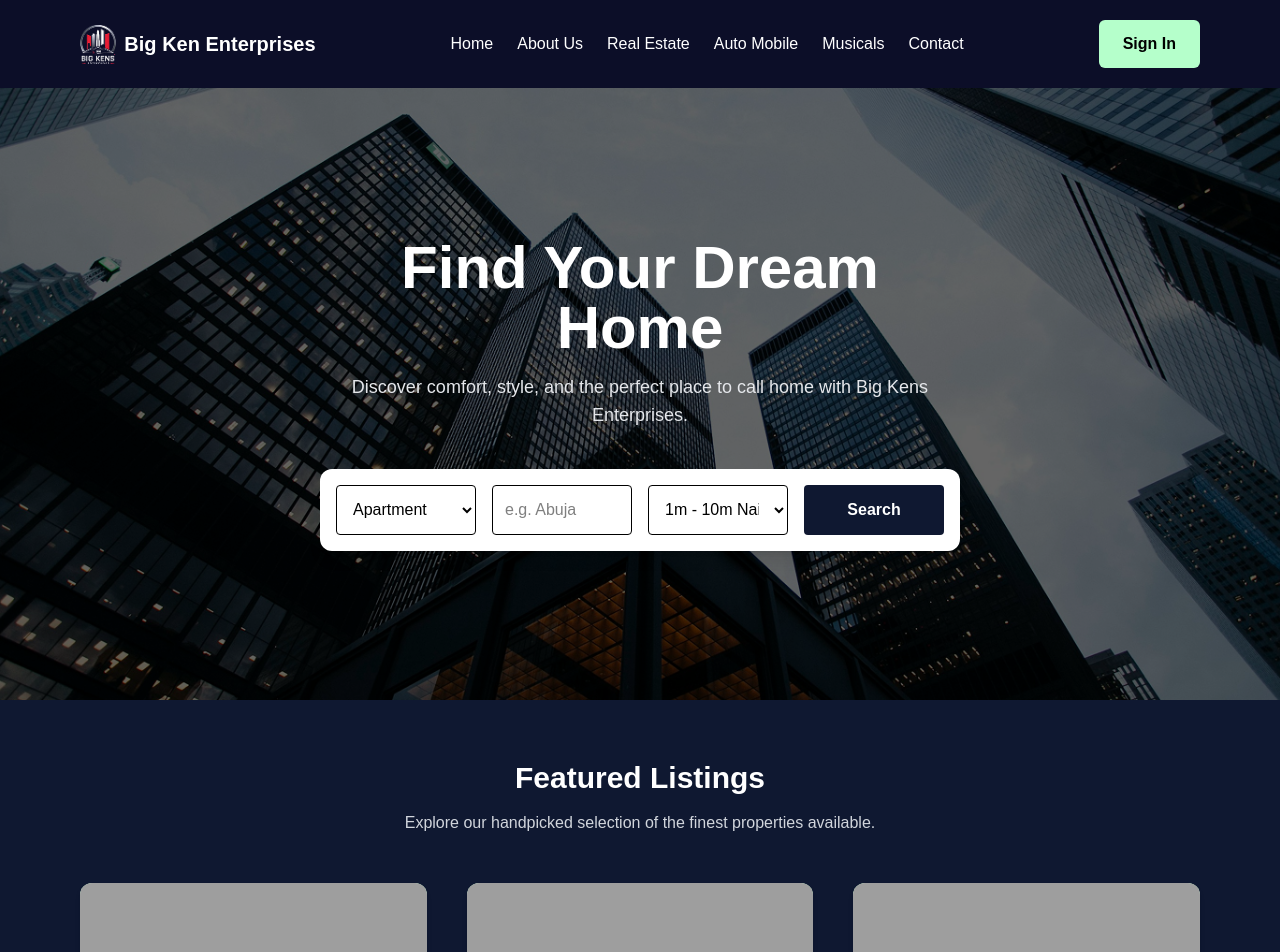
Repository: techvaro/Big-kens-realty-Frontend-react-
Page: /real-estate (app in big-kens-realty/)
These files come from the project's save history. The page is drawn as it stood at one moment and after the next save; the edit follows.
The browser window is 1280 px wide. The pictures show the part of the page from y = 0 to 952 px (the page is 2309 px tall before and 720 px after).
Pictures or frames that could not be fetched are drawn as grey boxes. The project was rebuilt for these pictures with package versions that can differ from the ones it lists, and the page was loaded fresh each time. Also part of the build but not shown: big-kens-realty/vite.config.js, big-kens-realty/src/components/Home/hero.jsx, big-kens-realty/src/components/Home/Services.jsx, big-kens-realty/src/components/Home/Stats.jsx, big-kens-realty/src/components/Home/About.jsx, big-kens-realty/src/components/Home/FeaturedProperties.jsx, big-kens-realty/src/components/Home/AutoMobileSale.jsx, big-kens-realty/src/components/Home/RecentProductions.jsx and 7 more.

Above is the page before, as saved 2025-12-08 16:53:01.

### big-kens-realty/index.html
<!doctype html>
<html lang="en">
  <head>
    <meta charset="UTF-8" />
    <link rel="icon" type="image/svg+xml" href="/vite.svg" />
    <meta name="viewport" content="width=device-width, initial-scale=1.0" />
    <title>big-kens-realty</title>
  </head>
  <body>
    <div id="root"></div>
    <script type="module" src="/src/main.jsx"></script>
  </body>
</html>

### big-kens-realty/src/index.css
@import "tailwindcss";

body {
  margin: 0;
  font-family: Arial, sans-serif;
  background-color: #0c0e28;
  color: white;
}

section {
  padding: 60px 80px;
}

h1, h2, h3 {
  margin: 0 0 15px 0;
}

.btn {
  background: #b5ffcb;
  color: #000;
  padding: 12px 25px;
  border-radius: 5px;
  border: none;
  font-weight: bold;
  cursor: pointer;
}

.btn1{
  background: #b5ffcb;
  color: #000;
  height: 30px;
  width: 80px;
  border: none;
  font-weight: bold;
  cursor: pointer;
  border-radius: 5px;
}

.card {
  background: #1b1e49;
  padding: 15px;
  border-radius: 8px;
}

nav img {
  width: auto !important;
}

### big-kens-realty/src/router/AppRouter.jsx
import { BrowserRouter, Routes, Route } from "react-router-dom";
import Home from "../Pages/Home";
import About from "../Pages/About";
import RealEstate from "../Pages/realestate";

// Placeholder components for routes that don't exist yet
// const About = () => <div>About Page</div>;
const AutoMobile = () => <div>Auto Mobile Page</div>;
const Music = () => <div>Music Page</div>;
const Contact = () => <div>Contact Page</div>;

export default function AppRouter() {
  return (
    <BrowserRouter>
      <Routes>
        <Route path="/" element={<Home />} />
        <Route path="/about" element={<About />} />
        <Route path="/real-estate" element={<RealEstate />} />
        <Route path="/auto-mobile" element={<AutoMobile />} />
        <Route path="/music" element={<Music />} />
        <Route path="/contact" element={<Contact />} />
      </Routes>
    </BrowserRouter>
  );
}

### big-kens-realty/src/Pages/realestate.jsx
import Navbar from "../components/navbar/navbar";
import Hero from "../components/realestate/Hero";
import Listings from "../components/realestate/Listings";
import Footer from "../components/Footer/Footer";

export default function estate() {
  return (
    <>
      <Navbar />

      <Hero />

      <Listings />

      <Footer />
    </>
  );
}

### big-kens-realty/src/components/Footer/Footer.jsx
import { FaFacebookF, FaTwitter, FaInstagram, FaLinkedinIn } from "react-icons/fa";
import logo from "../../assets/image/logo.png";

export default function Footer() {
  return (
    <footer className="bg-[#0c0e28] text-white py-16 px-5 md:px-20">

      {/* Top section */}
      <div className="grid grid-cols-1 sm:grid-cols-2 lg:grid-cols-4 gap-10">

        {/* Logo & description */}
        <div>
          <img src={logo} alt="Big Ken Enterprises Logo" className="h-10 w-10 object-contain" />
          <p className="mt-4 text-gray-300 text-sm">
            Big Ken Enterprises is your trusted partner in real estate, automobiles, and music production. Quality, passion, and innovation are our standard.
          </p>
        </div>

        {/* Quick Links */}
        <div>
          <h3 className="font-bold text-lg mb-3">Quick Links</h3>
          <ul className="space-y-2">
            <li><a href="/" className="hover:text-[#76ffa8] transition">Home</a></li>
            <li><a href="/about" className="hover:text-[#76ffa8] transition">About Us</a></li>
            <li><a href="/real-estate" className="hover:text-[#76ffa8] transition">Real Estate</a></li>
            <li><a href="/auto-mobile" className="hover:text-[#76ffa8] transition">Auto Mobile</a></li>
            <li><a href="/music" className="hover:text-[#76ffa8] transition">Music</a></li>
            <li><a href="/contact" className="hover:text-[#76ffa8] transition">Contact</a></li>
          </ul>
        </div>

        {/* Contact */}
        <div>
          <h3 className="font-bold text-lg mb-3">Contact</h3>
          <p className="text-gray-300 text-sm">123 Main Street, Abuja, Nigeria</p>
          <p className="text-gray-300 text-sm mt-1">Email: info@bigken.com</p>
          <p className="text-gray-300 text-sm mt-1">Phone: +234 800 123 4567</p>
        </div>

        {/* Social Media */}
        <div>
          <h3 className="font-bold text-lg mb-3">Follow Us</h3>
          <div className="flex gap-4">
            <a href="#" className="text-white hover:text-[#76ffa8] transition"><FaFacebookF /></a>
            <a href="#" className="text-white hover:text-[#76ffa8] transition"><FaTwitter /></a>
            <a href="#" className="text-white hover:text-[#76ffa8] transition"><FaInstagram /></a>
            <a href="#" className="text-white hover:text-[#76ffa8] transition"><FaLinkedinIn /></a>
          </div>
        </div>
      </div>

      {/* Divider */}
      <hr className="my-8 border-gray-700" />

      {/* Bottom section */}
      <p className="text-center text-gray-400 text-sm">
        &copy; {new Date().getFullYear()} Big Ken Enterprises. All rights reserved.
      </p>
    </footer>
  );
}

### big-kens-realty/src/components/navbar/navbar.jsx
import { Link } from "react-router-dom";
import { useState } from "react";
import logo from "../../assets/image/logo.png";
import {
    Bars3Icon,
    HomeIcon,
    InformationCircleIcon,
    BuildingOfficeIcon,
    WrenchIcon,
    MusicalNoteIcon,
    PhoneIcon,
    XMarkIcon,
} from "@heroicons/react/24/outline";

export default function Navbar() {
  const [isMobileMenuOpen, setIsMobileMenuOpen] = useState(false);

  return (
    <div className="w-full relative">

        <nav className="hidden lg:flex items-center justify-between px-20 py-5 bg-[#0c0e28] sticky top-0 z-50">
            <span className="inline-flex items-center justify-left gap-2">
                <img src={logo} className="h-[40px] w-[40px] object-contain" alt="Big Ken Enterprises Logo" />
                <span className="text-xl font-bold text-white whitespace-nowrap">Big Ken Enterprises</span>
            </span>

            <div className="flex gap-6">
                <Link to="/" className="text-white hover:text-gray-300 transition">
                    Home
                </Link>

                <Link to="/about" className="text-white hover:text-gray-300 transition">
                    About Us
                </Link>

                <Link
                to="/real-estate"
                className="text-white hover:text-gray-300 transition"
                >
                Real Estate
                </Link>

                <Link
                to="/auto-mobile"
                className="text-white hover:text-gray-300 transition"
                >
                Auto Mobile
                </Link>

                <Link to="/music" className="text-white hover:text-gray-300 transition">
                Musicals
                </Link>

                <Link to="/contact" className="text-white hover:text-gray-300 transition">
                Contact
                </Link>
            </div>

            <button className="bg-[#b5ffcb] text-black px-6 py-3 rounded-md font-bold hover:bg-[#9ae6af] transition">
                Sign In
            </button>
        </nav>

        <nav className="flex lg:hidden items-center justify-between px-10 py-5 bg-[#0c0e28] sticky top-0 z-50">
            <span className="flex items-center justify-center gap-5">
                <img src={logo} className="h-[40px] w-[40px] object-contain" alt="Big Ken Enterprises Logo" />
                <span className="text-1xl font-bold text-white whitespace-normal">Big Ken Enterprises</span>
            </span>

            <span className="flex items-center justify-between gap-5">

                {/* Menu Icon */}
                <button
                  className="text-white"
                  onClick={() => setIsMobileMenuOpen(!isMobileMenuOpen)}
                >
                  {isMobileMenuOpen ? (
                    <XMarkIcon className="h-8 w-8 text-white cursor-pointer" />
                  ) : (
                    <Bars3Icon className="h-8 w-8 text-white cursor-pointer" />
                  )}
                </button>
            </span>
        </nav>

        {/* Mobile Menu */}
        <div
          className={`fixed top-16 left-0 w-full bg-[#0c0e28] z-40 transition-all duration-300 ease-in-out lg:hidden ${
            isMobileMenuOpen
              ? 'opacity-100 translate-y-0 pointer-events-auto'
              : 'opacity-0 -translate-y-10 pointer-events-none'
          }`}
        >
          <div className="flex flex-col items-center justify-center gap-5 p-5">
            <Link
              to="/"
              className="flex items-center gap-2 text-white hover:text-gray-300 transition w-full py-2 justify-center"
              onClick={() => setIsMobileMenuOpen(false)}
            >
              <HomeIcon className="h-5 w-5 text-white" /> Home
            </Link>

            <Link
              to="/about"
              className="flex items-center gap-2 text-white hover:text-gray-300 transition w-full py-2 justify-center"
              onClick={() => setIsMobileMenuOpen(false)}
            >
              <InformationCircleIcon className="h-5 w-5 text-white" /> About Us
            </Link>

            <Link
              to="/real-estate"
              className="flex items-center gap-2 text-white hover:text-gray-300 transition w-full py-2 justify-center"
              onClick={() => setIsMobileMenuOpen(false)}
            >
              <BuildingOfficeIcon className="h-5 w-5 text-white" /> Real Estate
            </Link>

            <Link
              to="/auto-mobile"
              className="flex items-center gap-2 text-white hover:text-gray-300 transition w-full py-2 justify-center"
              onClick={() => setIsMobileMenuOpen(false)}
            >
              <WrenchIcon className="h-5 w-5 text-white" /> Auto Mobile
            </Link>

            <Link
              to="/music"
              className="flex items-center gap-2 text-white hover:text-gray-300 transition w-full py-2 justify-center"
              onClick={() => setIsMobileMenuOpen(false)}
            >
              <MusicalNoteIcon className="h-5 w-5 text-white" /> Musicals
            </Link>

            <Link
              to="/contact"
              className="flex items-center gap-2 text-white hover:text-gray-300 transition w-full py-2 justify-center"
              onClick={() => setIsMobileMenuOpen(false)}
            >
              <PhoneIcon className="h-5 w-5 text-white" /> Contact
            </Link>
            <button className="bg-[#b5ffcb] text-black px-6 py-3 rounded-md font-bold hover:bg-[#9ae6af] transition w-full">
                Sign In
            </button>
          </div>
        </div>

    </div>

  );
}

### big-kens-realty/src/components/realestate/Hero.jsx
import React from "react";
import bg from "../../assets/estate/bg.png";

export default function HeroSection() {
  return (
    <section
      className="relative w-full h-[85vh] flex items-center justify-center text-center text-white bg-cover bg-center"
      style={{
        backgroundImage: `url(${bg})`, // Replace with your own image
      }}
    >
      {/* Overlay */}
      <div className="absolute inset-0 bg-black/60"></div>

      <div className="relative z-10 max-w-2xl mx-auto px-4">
        <h1 className="text-5xl md:text-6xl font-bold mb-4">
          Find Your Dream Home
        </h1>

        <p className="text-lg text-gray-200 mb-10">
          Discover comfort, style, and the perfect place to call home with Big
          Kens Enterprises.
        </p>

        {/* Search Bar */}
        <div className="w-full bg-white p-4 rounded-xl shadow-lg grid md:grid-cols-4 gap-4 text-black">
          <select className="p-3 rounded border outline-none">
            <option>Apartment</option>
            <option>Duplex</option>
            <option>Bungalow</option>
          </select>

          <input
            type="text"
            placeholder="e.g. Abuja"
            className="p-3 rounded border outline-none"
          />

          <select className="p-3 rounded border outline-none">
            <option>1m - 10m Naira</option>
            <option>10m - 20m Naira</option>
            <option>20m+ Naira</option>
          </select>

          <button className="bg-[#0F1831] text-white font-bold rounded p-3">
            Search
          </button>
        </div>
      </div>
    </section>
  );
}

### big-kens-realty/src/components/realestate/Listings.jsx
export default function FeaturedListings() {
  const properties = [
    {
      title: "Modern Family Home",
      price: "₦ 2.3M",
      image: "/house1.jpg",
    },
    {
      title: "Luxury Villa",
      price: "₦ 5.8M",
      image: "/house2.jpg",
    },
    {
      title: "Cozy Apartment",
      price: "₦ 1.2M",
      image: "/house3.jpg",
    },
    {
      title: "Urban Studio",
      price: "₦ 950K",
      image: "/house4.jpg",
    },
    {
      title: "Elegant Duplex",
      price: "₦ 3.7M",
      image: "/house5.jpg",
    },
    {
      title: "Spacious Bungalow",
      price: "₦ 2.9M",
      image: "/house6.jpg",
    },
  ];

  return (
    <section className="py-20 bg-[#0F1831] text-white px-6 md:px-20">
      <h2 className="text-3xl font-bold text-center mb-4">Featured Listings</h2>
      <p className="text-gray-300 text-center mb-12">
        Explore our handpicked selection of the finest properties available.
      </p>

      <div className="grid md:grid-cols-3 gap-10">
        {properties.map((item, index) => (
          <div
            key={index}
            className="bg-[#C8FFD4] text-black rounded-xl overflow-hidden shadow-md"
          >
            <img
              src={item.image}
              alt={item.title}
              className="w-full h-60 object-cover"
            />

            <div className="p-6">
              <h3 className="font-bold text-xl mb-2">{item.title}</h3>
              <p className="text-gray-700 mb-4">
                A stylish, comfortable space with open layouts, natural light,
                and modern features for everyday living.
              </p>

              <div className="flex items-center justify-between">
                <span className="font-bold">{item.price}</span>
                <button className="font-bold text-[#0F1831]">View Details</button>
              </div>
            </div>
          </div>
        ))}
      </div>
    </section>
  );
}

Loaded but not shown: big-kens-realty/src/main.jsx (common file); big-kens-realty/src/App.jsx (common file)

After the next save:
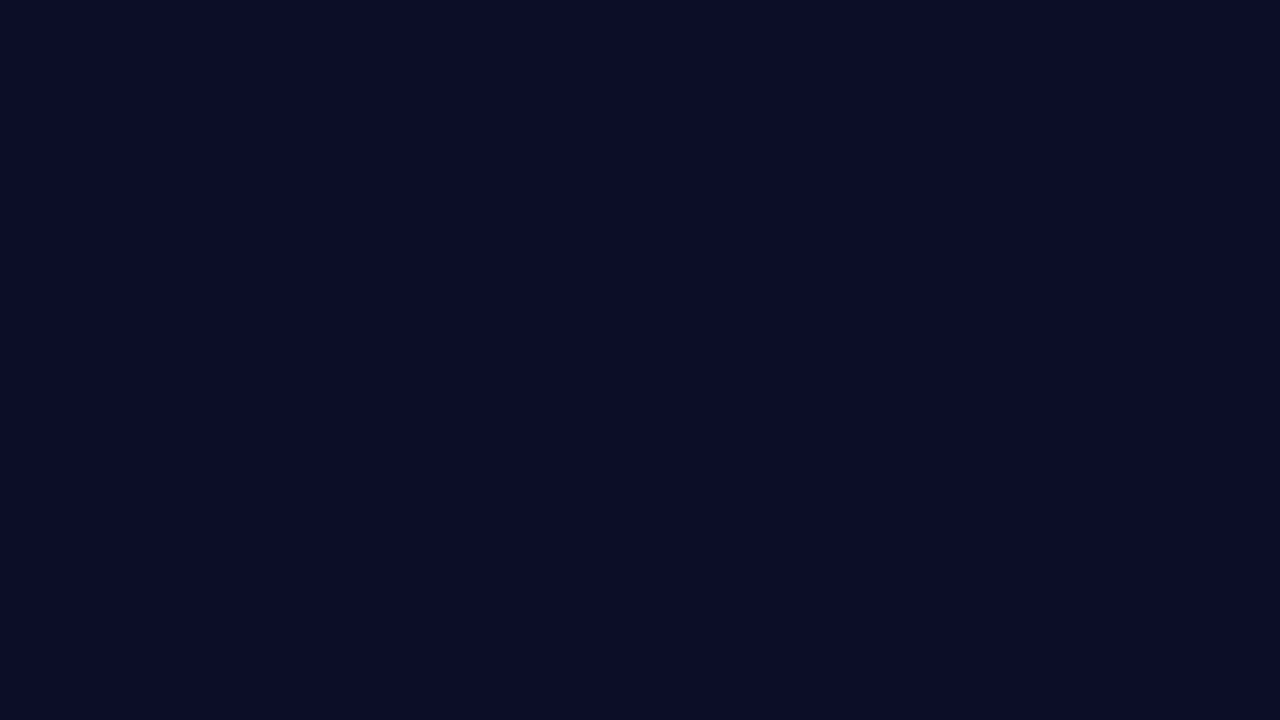
Console error: ReferenceError: bg is not defined
Saved 30 h 54 min later.
--- a/big-kens-realty/src/components/realestate/Hero.jsx
+++ b/big-kens-realty/src/components/realestate/Hero.jsx
@@ -1,5 +1,5 @@
 import React from "react";
-import bg from "../../assets/estate/bg.png";
+import house from "../../assets/estate/house.png";
 
 export default function HeroSection() {
   return (

After the save that followed:
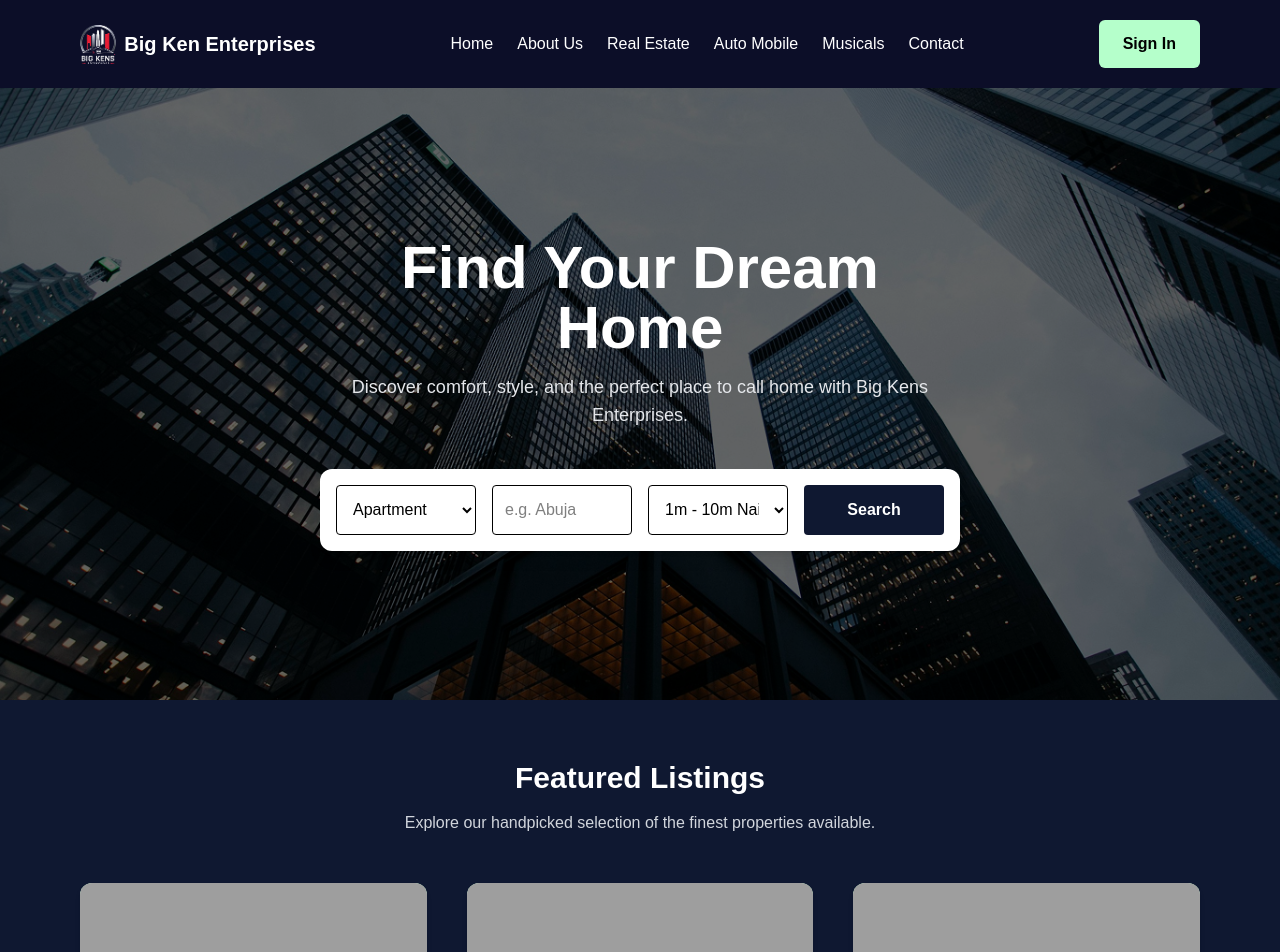
The error is gone.
Saved 16 s later.
--- a/big-kens-realty/src/components/realestate/Hero.jsx
+++ b/big-kens-realty/src/components/realestate/Hero.jsx
@@ -1,5 +1,5 @@
 import React from "react";
-import house from "../../assets/estate/house.png";
+import bg from "../../assets/estate/bg.png";
 
 export default function HeroSection() {
   return (
